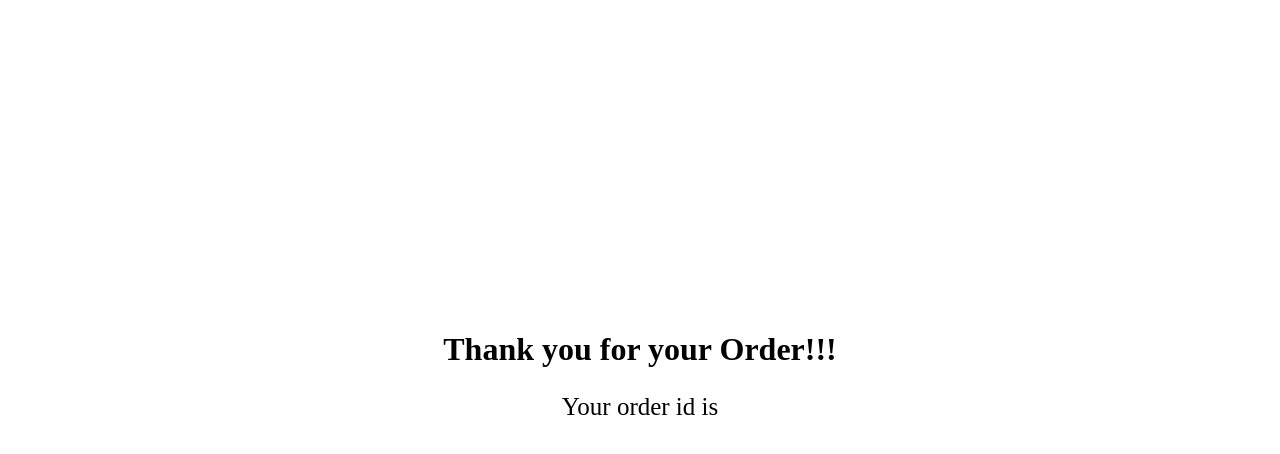
Repository: ponmalar24/Microservice_Bootcamp_SpringbootProject
Page: order/src/main/resources/templates/success.html
An editor plug-in stored every save of this project. The page is shown before and after the next save, followed by the edit.
The browser window is 1280 px wide. The pictures show the whole page.

Above is the page before, as saved 2022-04-23 12:26:29.

After the next save:
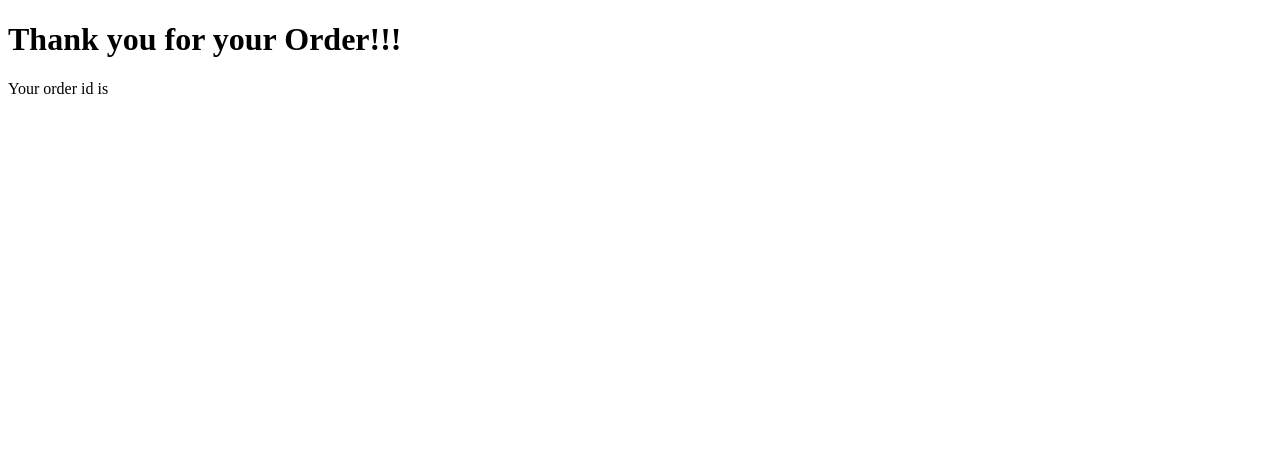
Saved 9 min 12 s later.
--- a/order/src/main/resources/templates/success.html
+++ b/order/src/main/resources/templates/success.html
@@ -1,24 +1,5 @@
 <!DOCTYPE HTML>
 <html xmlns:th="https://www.thymeleaf.org">
-<style>
-    .container {
-        text-align: center;
-        width: 400px;
-        height: 100px;
-        position: absolute;
-        top: 0;
-        bottom: 0;
-        left: 0;
-        right: 0;
-        font-size: medium;
-        margin: auto;
-    }
-
-    p {
-        font-size: 25px;
-    }
-</style>
-
 <head>
     <title>Order Success</title>
     <meta http-equiv="Content-Type" content="text/html; charset=UTF-8" />
@@ -31,8 +12,6 @@
         <p> Your order id is </p>
 
     </div>
-
-
 </body>
 
 </html>
